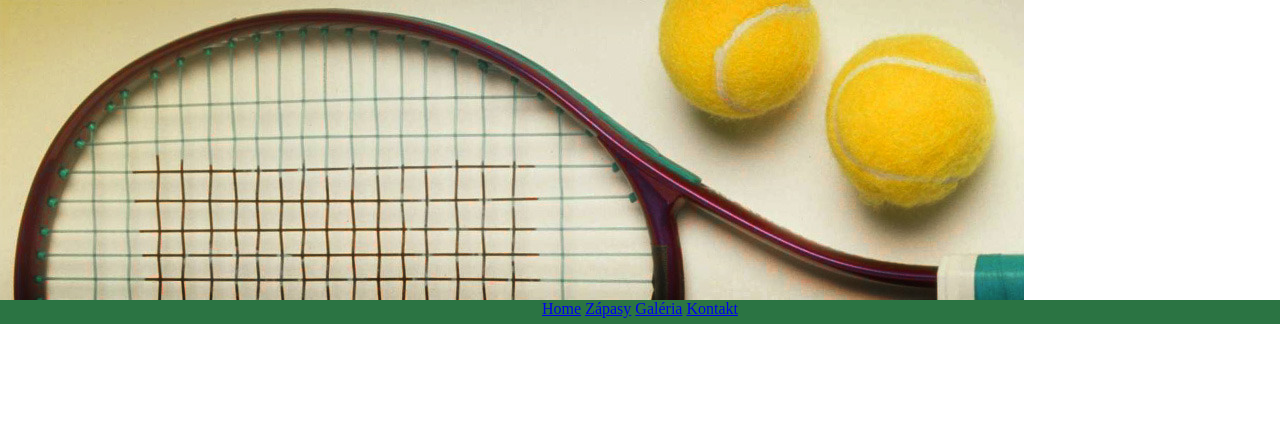
Repository: Badynko/tennis-website
Page: index.html
These files come from the project's save history. The page is drawn as it stood at one moment and after the next save; the edit follows.
The browser window is 1280 px wide. The pictures show the whole page.

Above is the page before, as saved 2024-07-31 19:17:14.

After the next save:
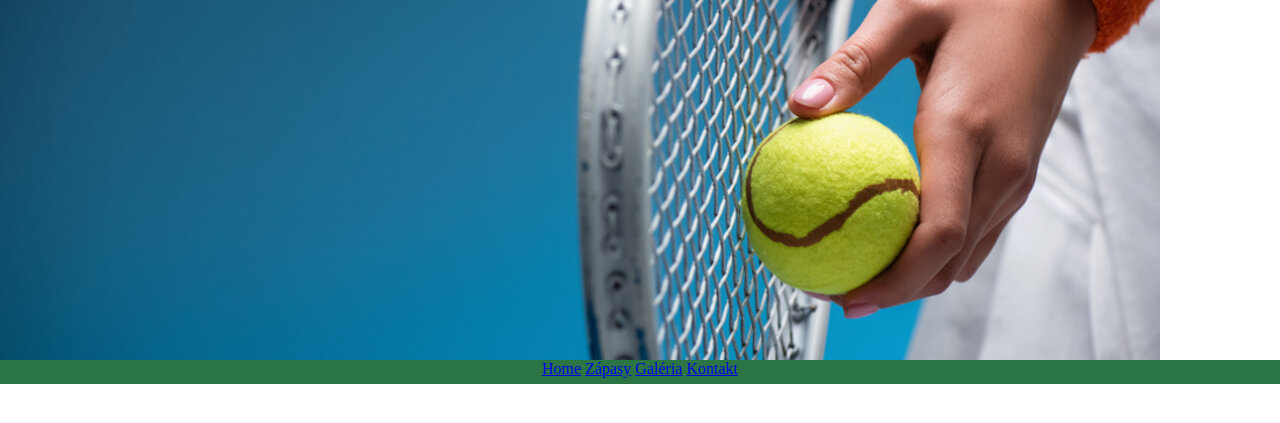
Saved 35 s later.
--- a/index.html
+++ b/index.html
@@ -6,7 +6,7 @@
     <title>Výsledky zápasov 2024</title>
     <link rel="stylesheet" href="css/style.css">
     <body>
-      <div class="logo"><img src="img/header.jpg" alt="header"></div>
+      <div class="logo"><img src="img/hdr.jpg" alt="header"></div>
       <header class="main-header">
           <nav>
             <ul>
